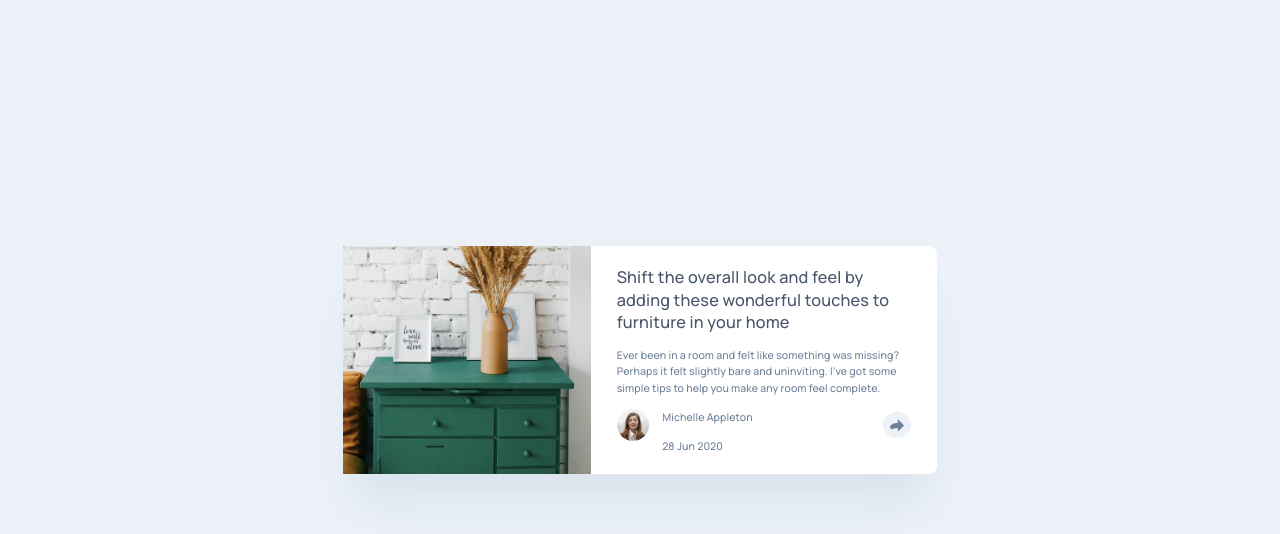
Repository: brandontaylor1/article-preview-component
Page: index.html
The author's editor kept a copy of each file at every save. The page is drawn from the files as they stood at one save, then again after the next save.
The browser window is 1280 px wide. The pictures show the whole page.

Above is the page before, as saved 2025-01-13 22:21:11.

### index.html
<!DOCTYPE html>
<html lang="en">
<head>
    <meta charset="UTF-8">
    <meta name="viewport" content="width=device-width, initial-scale=1.0">
    <link rel="preconnect" href="https://fonts.googleapis.com">
    <link rel="preconnect" href="https://fonts.gstatic.com" crossorigin>
    <link href="https://fonts.googleapis.com/css2?family=Manrope:wght@200..800&display=swap" rel="stylesheet">
    <link rel="stylesheet" href="styles.css">
    <title>Article Preview Component</title>
</head>
<body>

    <div class="container">
        <main class="component">
            <div class="img-container">

            </div>
            <div class="component-content">
                <h2>Shift the overall look and feel by adding these wonderful touches to furniture in your home</h2>
                <p>Ever been in a room and felt like something was missing? Perhaps it felt slightly bare and uninviting. I’ve got some simple tips to help you make any room feel complete.</p>
                    <div class="social-box">
                        <div class="social-info">
                            <img src="./assets/images/avatar-michelle.jpg" alt="Picture of User Michelle">
                            <div class="social-info-text">
                                <p>Michelle Appleton</p>
                                <p>28 Jun 2020</p>
                        </div>
                    </div>
                    <img src="./assets/images/icon-share.svg" class="share-btn" alt="Share Icon">
                </div>
            </div>
        </main>
    </div>

    <script src="index.js"></script>
</body>
</html>

### styles.css
* {
    margin: 0;
    padding: 0;
    box-sizing: border-box;
}

:root {
    /* COLORS */
    --dark-grayish-blue: hsl(217, 19%, 35%);
    --desaturated-dark-blue: hsl(214, 17%, 51%);
    --grayish-blue: hsl(212, 23%, 69%);
    --light-grayish-blue: hsl(210, 46%, 95%);
}

html {
    font-size: 13px;
}

body {
    font-family: 'Nunito', sans-serif;
    background-color: var(--light-grayish-blue);
}

.container {
    height: 100vh;
    display: flex;
    justify-content: center;
    align-items: center;

}

.component {
    width: 45.625rem;
    height: 17.5rem;
    display: flex;
    align-items: center;
    justify-content: space-between;
    border-radius: 0.625rem;
    background: #FFF;
    box-shadow: 0px 40px 40px -10px rgba(201, 213, 225, 0.50);

}

.img-container {
    width: 21.87rem;
    height: 100%;
    display: flex;
    justify-content: center;
    align-items: center;
    background-image: url('./assets/images/drawers.jpg');
    background-size: cover;
    background-position: center;
    background-repeat: no-repeat;
}

.component-content {
    width: 30rem;
    padding: 2rem;
}

.component-content h2 {
    color: #48556A;
    font-family: Manrope;
    font-size: 1.25rem;
    font-style: normal;
    font-weight: 500;
    line-height: 1.75rem; /* 140% */
    letter-spacing: 0.01563rem;
    width: 100%;
}

.component-content p {
    color: #6E8098;
    font-family: Manrope;
    font-size: 0.8125rem;
    font-style: normal;
    font-weight: 500;
    line-height: 1.25rem; /* 153.846% */
    letter-spacing: 0.00763rem;
    margin-top: 1rem;
}

.social-box {
    display: flex;
    justify-content: space-between;
    align-items: center;
    width: 100%;
}

.social-info {
    display: flex;
    align-items: center;
    justify-content: center;

}

.social-info img {
    width: 2.5rem;
    height: 2.5rem;
    border-radius: 50%;
    margin-right: 1rem;
}

.social-info-text {
    display: flex;
    flex-direction: column;
    margin: 0;
}

.share-btn {
    padding: .5rem;
    background-color: var(--light-grayish-blue);
    border-radius: 50%;
}

Loaded but not shown: index.js (no stored copy; drawn as an empty file)

After the next save:
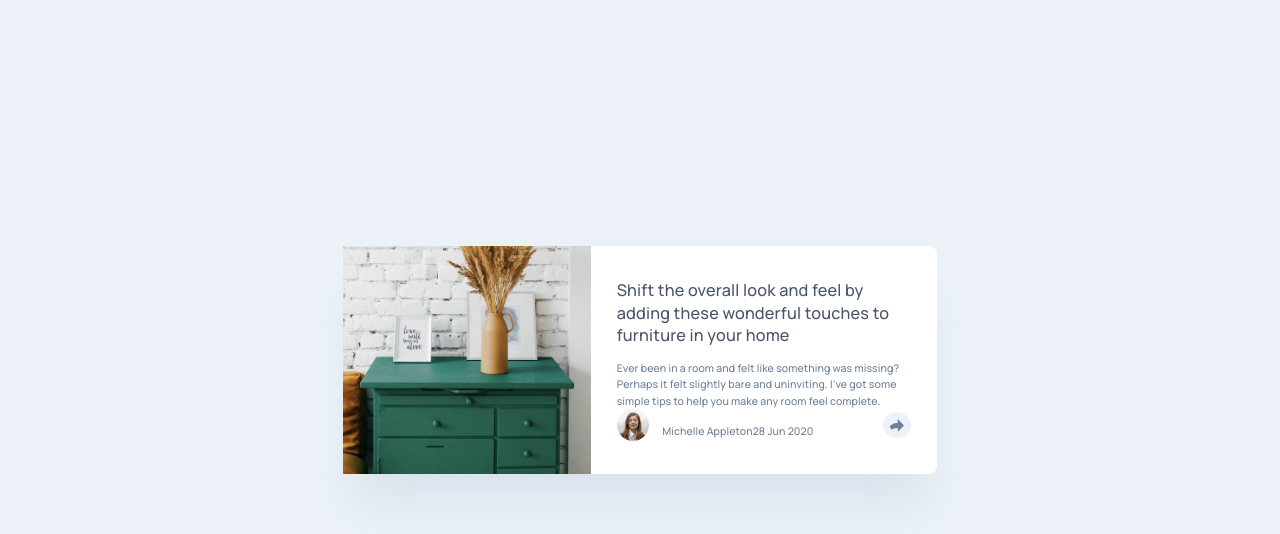
Saved 15 s later.
--- a/styles.css
+++ b/styles.css
@@ -103,8 +103,7 @@
 
 .social-info-text {
     display: flex;
-    flex-direction: column;
-    margin: 0;
+    flex-direction: row;
 }
 
 .share-btn {

After the 3 saves that followed:
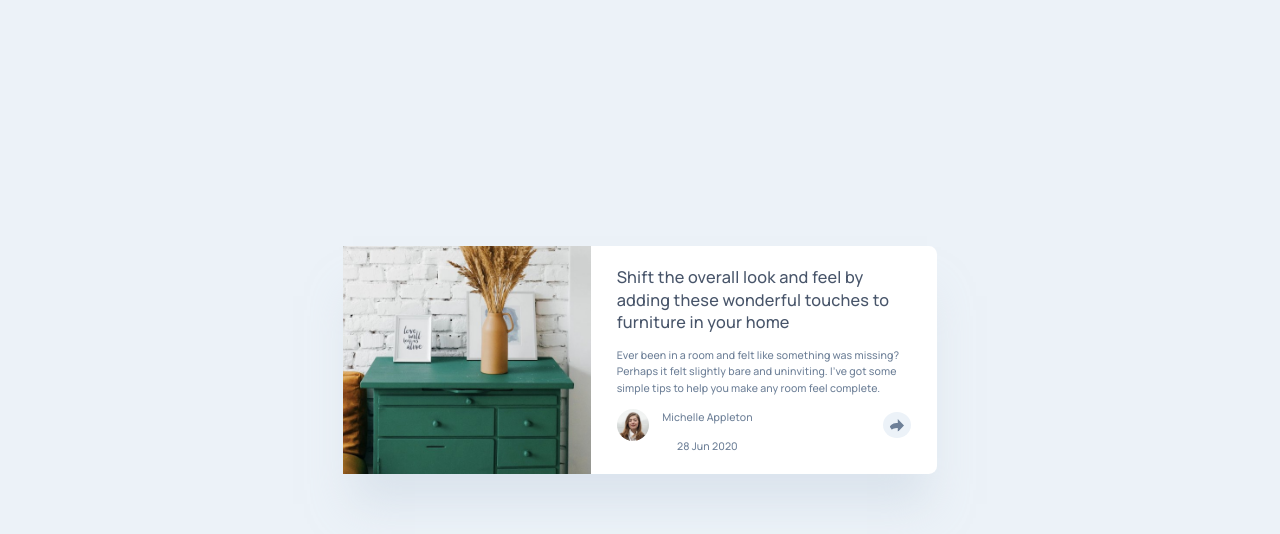
The 3 saves are shown as one change because 2 left the picture as it was.
The last was saved 92 s later.
--- a/index.html
+++ b/index.html
@@ -25,8 +25,8 @@
                             <div class="social-info-text">
                                 <p>Michelle Appleton</p>
                                 <p>28 Jun 2020</p>
+                            </div>
                         </div>
-                    </div>
                     <img src="./assets/images/icon-share.svg" class="share-btn" alt="Share Icon">
                 </div>
             </div>
--- a/styles.css
+++ b/styles.css
@@ -103,7 +103,9 @@
 
 .social-info-text {
     display: flex;
-    flex-direction: row;
+    align-items: center;
+    justify-content: center;
+    flex-direction: column;
 }
 
 .share-btn {
